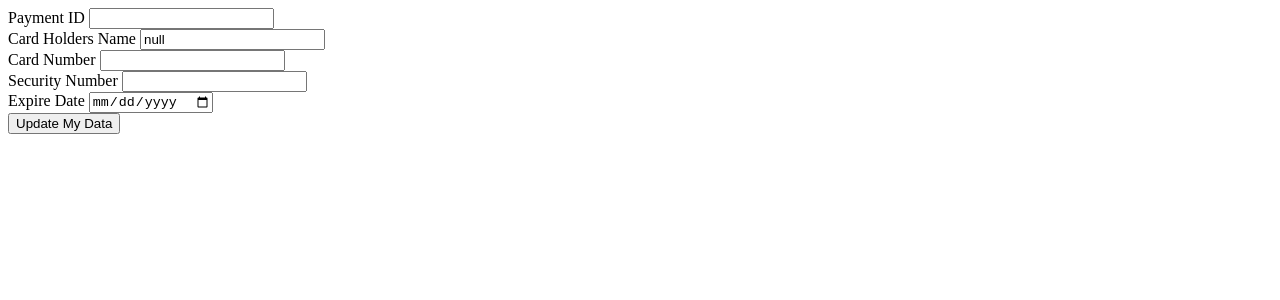
Repository: sandeepa9803/OOP---Online-Travel-web-application
Page: http://localhost/PaymentNew/updatepayment.jsp
These files come from the project's save history. The page is drawn as it stood at one moment and after the next save; the edit follows.
The browser window is 1280 px wide. The pictures show the whole page.
The page is served by Tomcat 9.

Above is the page before, as saved 2021-10-11 12:08:18.

After the next save:
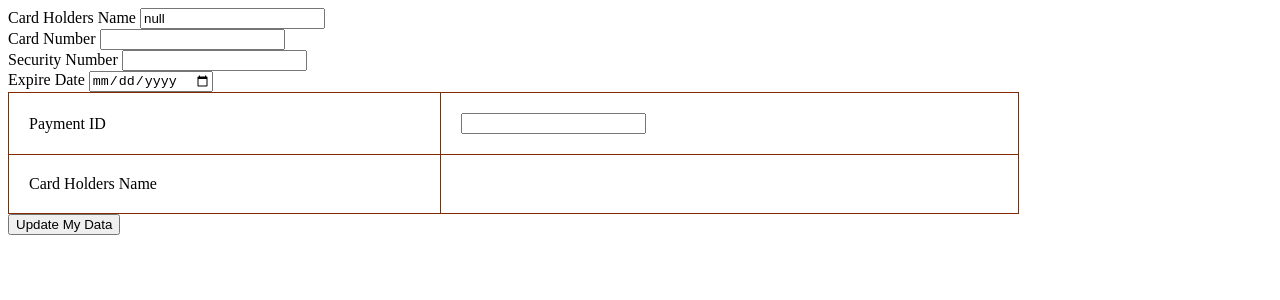
Saved 4 min 40 s later.
--- a/PaymentNew/WebContent/updatepayment.jsp
+++ b/PaymentNew/WebContent/updatepayment.jsp
@@ -3,6 +3,44 @@
 <!DOCTYPE html>
 <html>
 <head>
+
+    <style>
+
+table, td, th {
+  border: 1px solid #802b00;
+  text-align: left;
+}
+
+table {
+  border-collapse: collapse;
+  width: 80%;
+}
+
+th, td {
+  padding: 20px;
+}
+
+
+.button {
+  background-color: #4CAF50;
+  border: 1;
+  color: black;
+  padding: 15px 32px;
+  text-align: center;
+  text-decoration: none;
+   font-weight: bold;
+  display: inline-block;
+  font-size: 16px;
+  margin: 4px 2px;
+  cursor: pointer;
+}
+
+
+
+</style>
+
+
+
 <meta charset="ISO-8859-1">
 <title>Insert title here</title>
 </head>
@@ -17,11 +55,19 @@
    %>
 
     <form action="update" method ="post" >
-    Payment ID <input type ="number" name="paymentid" value="<%=PaymentID%>" readonly><br>
+    <table>
+     <tr>
+     <td>  Payment ID </td>
+     <td> <input type ="number" name="paymentid" value="<%=PaymentID%>" readonly></td>
+     </tr>
+     <tr>
+     <td> Card Holders Name </td>
     Card Holders Name <input type ="text" name="cardholder" value="<%=CardHoldersName%>"><br>
     Card Number <input type ="number" name="cardnum" value="<%=CardNumber%>"><br>
     Security Number <input type ="number" name="cvcnum" value="<%=SecurityCode%>"><br>
     Expire Date <input type ="date" name="date" value="<%=ExpireDate%>"><br>
+
+    </table>
 
     <input type ="submit" name="submit" value="Update My Data"><br>
     </form>
